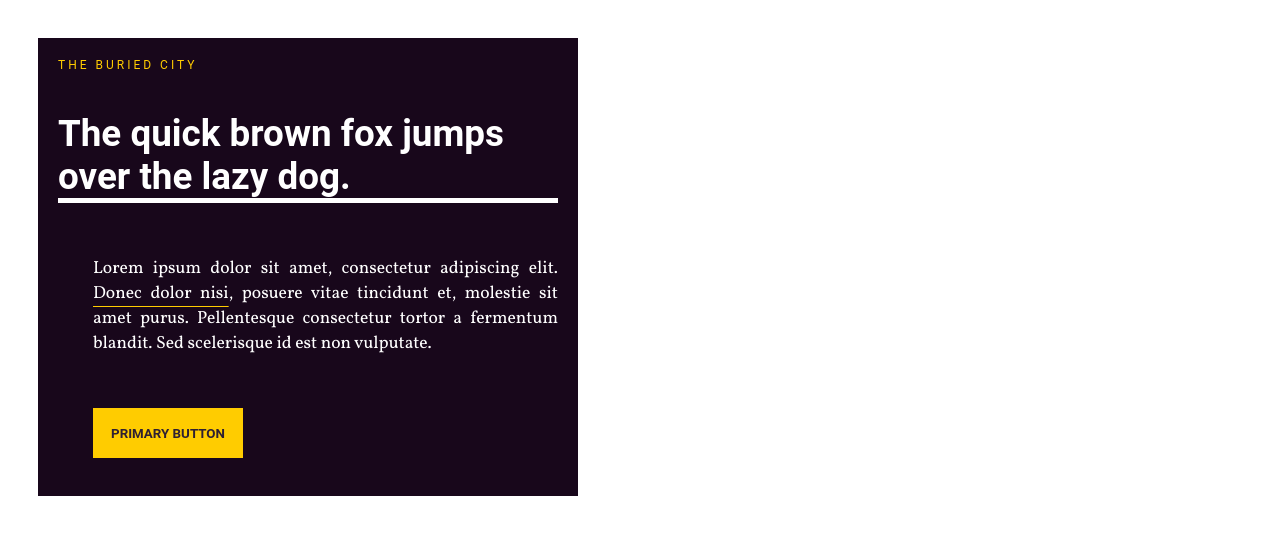
Repository: rafigabriel/TP2---Web-I
Page: ex03-css/index.html
These files come from the project's save history. The page is drawn as it stood at one moment and after the next save; the edit follows.
The browser window is 1280 px wide. The pictures show the whole page.

Above is the page before, as saved 2024-09-09 18:14:41.

After the next save:
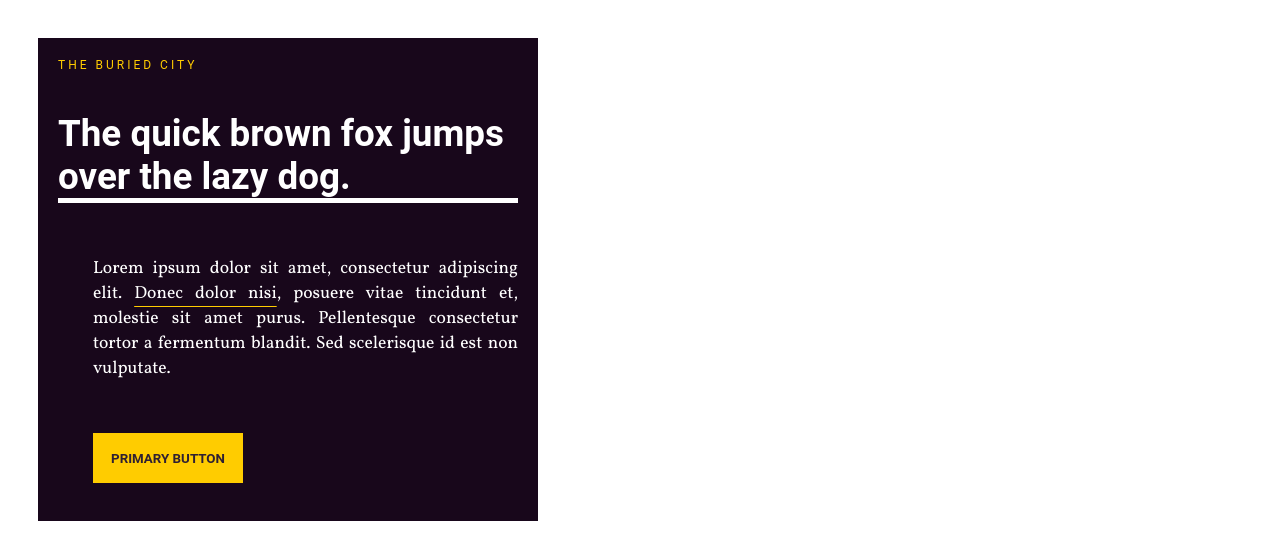
Saved 2 min 24 s later.
--- a/ex03-css/style.css
+++ b/ex03-css/style.css
@@ -7,7 +7,6 @@ body{
 #container{
     background-color: #18071B;
     padding: 20px;
-    width: 500px;
 }
 
 h1{
